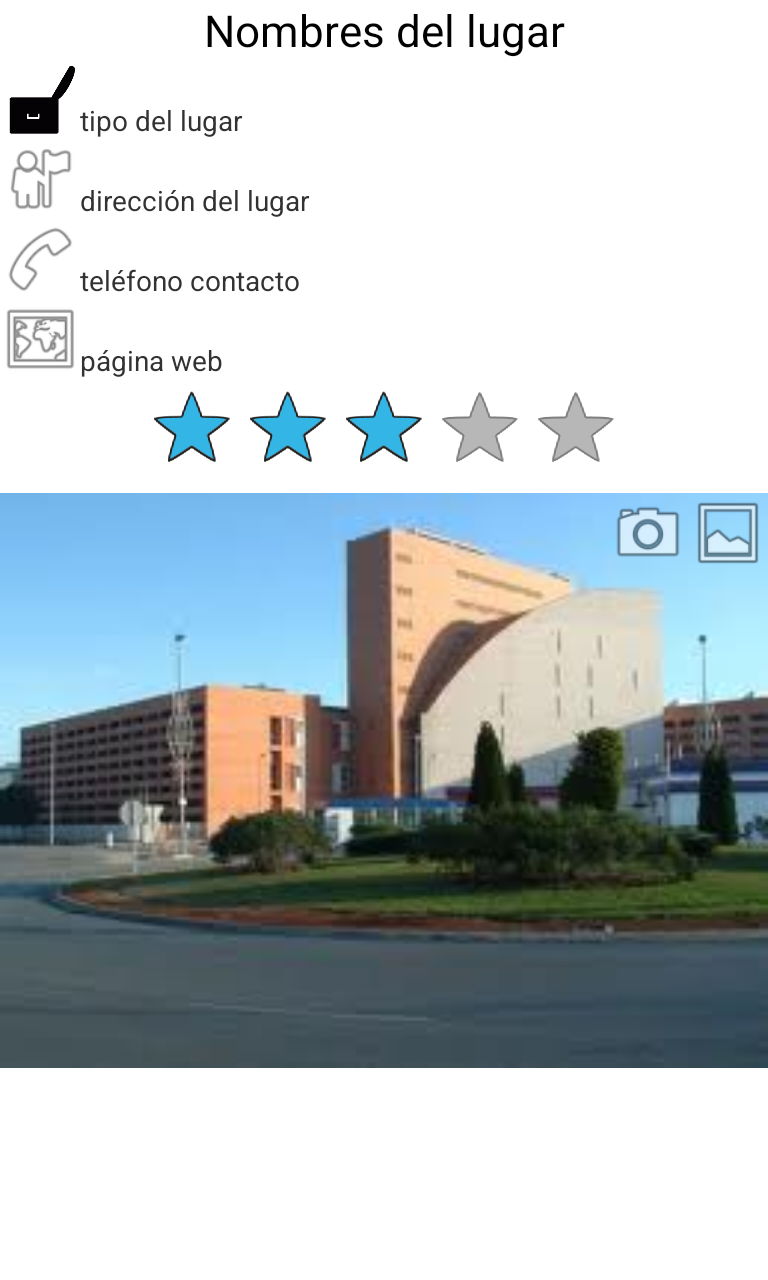
Repository: sayantjm/CursoAndroid
Layout: MisLugares/res/layout/vista_lugar.xml
An editor plug-in stored every save of this project. The layout is shown before and after the next save, followed by the edit.
It is drawn on a 768 x 1280 px phone screen (xhdpi) without system bars, with theme AppTheme; the app's code is not run.

Above is the layout before, as saved 2014-03-25 20:15:32.

After the next save:
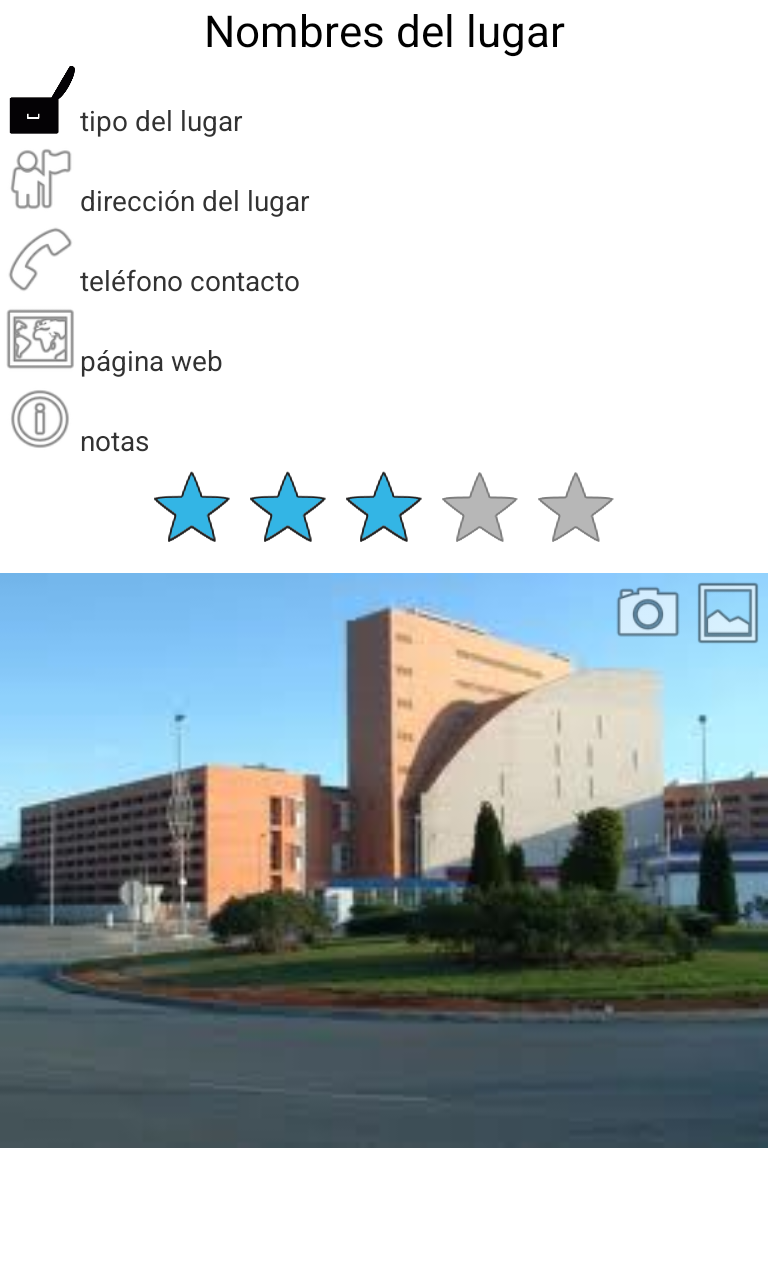
Saved 39 s later.
--- a/MisLugares/res/layout/vista_lugar.xml
+++ b/MisLugares/res/layout/vista_lugar.xml
@@ -98,6 +98,26 @@
                 android:text="página web" />
         </LinearLayout>
 
+        <LinearLayout
+            android:layout_width="match_parent"
+            android:layout_height="wrap_content"
+            android:orientation="horizontal" >
+
+            <ImageView
+                android:id="@+id/logo_comentario"
+                android:layout_width="40dp"
+                android:layout_height="40dp"
+                android:contentDescription="logo del comentario"
+                android:src="@android:drawable/ic_menu_info_details" />
+
+            <TextView
+                android:id="@+id/comentario"
+                android:layout_width="match_parent"
+                android:layout_height="wrap_content"
+                android:layout_gravity="bottom"
+                android:text="notas" />
+        </LinearLayout>
+
         <RatingBar
             android:id="@+id/valoracion"
             android:layout_width="wrap_content"
